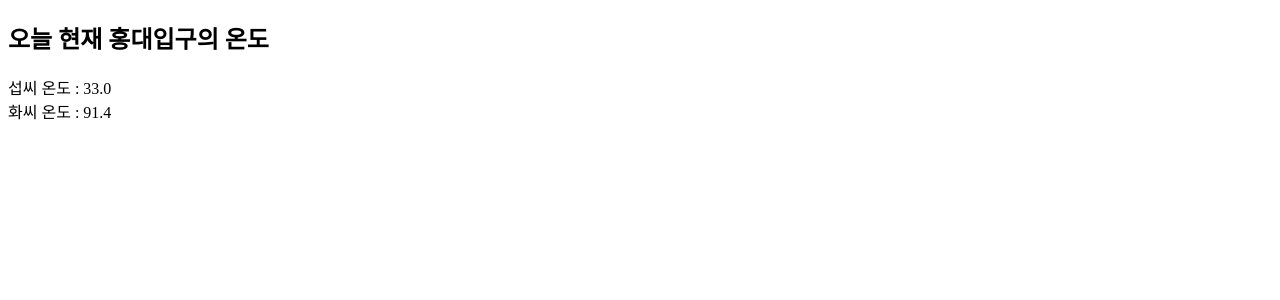
Repository: GITJIWOO/JavaBasic
Page: http://localhost/JSPBasic/MethodTest.jsp
These files come from the project's save history. The page is drawn as it stood at one moment and after the next save; the edit follows.
The browser window is 1280 px wide. The pictures show the whole page.
The page is served by Tomcat 9.

Above is the page before, as saved 2021-07-29 04:20:24.

### JSPBasic/WebContent/MethodTest.jsp
<%@ page language="java" contentType="text/html; charset=UTF-8"
    pageEncoding="UTF-8"%>
<!DOCTYPE html>
<html>
<head>
<meta charset="UTF-8">
<title>Insert title here</title>
</head>
<body>
	<%!
		double Celcius = 33.0;
		double CtoF(){
			return (Celcius * 1.8) + 32;
		}
	%>
	<%
		out.println("<h2>오늘 현재 홍대입구의 온도</h2>");
		out.println("섭씨 온도 : " + Celcius);
		out.println("<br/>");
		out.println("화씨 온도 : " + CtoF());
	%>
</body>
</html>

After the next save:
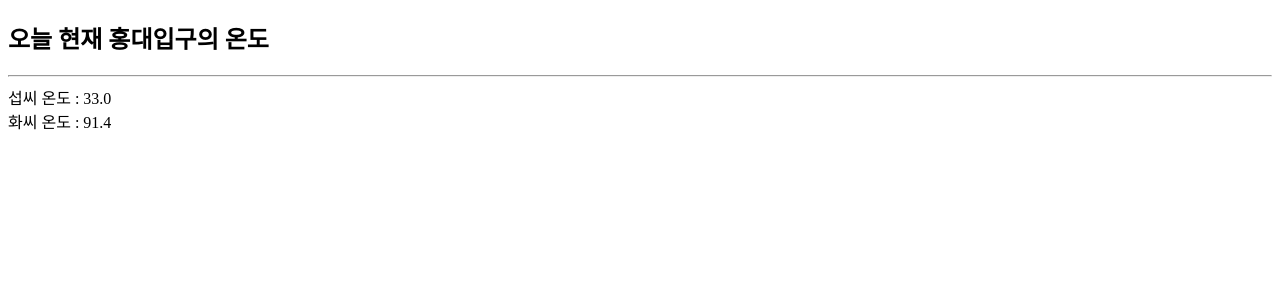
Saved 41 min 8 s later.
--- a/JSPBasic/WebContent/MethodTest.jsp
+++ b/JSPBasic/WebContent/MethodTest.jsp
@@ -14,7 +14,7 @@
 		}
 	%>
 	<%
-		out.println("<h2>오늘 현재 홍대입구의 온도</h2>");
+		out.println("<h2>오늘 현재 홍대입구의 온도</h2><hr/>");
 		out.println("섭씨 온도 : " + Celcius);
 		out.println("<br/>");
 		out.println("화씨 온도 : " + CtoF());

After the save that followed:
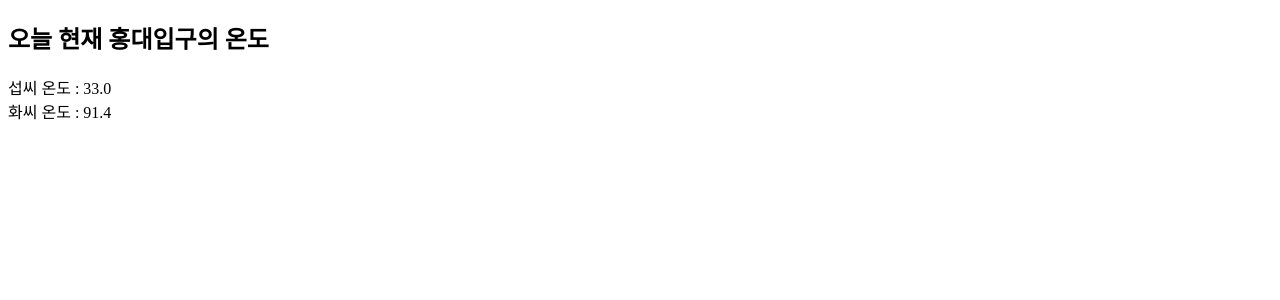
Saved 8 s later.
--- a/JSPBasic/WebContent/MethodTest.jsp
+++ b/JSPBasic/WebContent/MethodTest.jsp
@@ -14,7 +14,7 @@
 		}
 	%>
 	<%
-		out.println("<h2>오늘 현재 홍대입구의 온도</h2><hr/>");
+		out.println("<h2>오늘 현재 홍대입구의 온도</h2>");
 		out.println("섭씨 온도 : " + Celcius);
 		out.println("<br/>");
 		out.println("화씨 온도 : " + CtoF());
